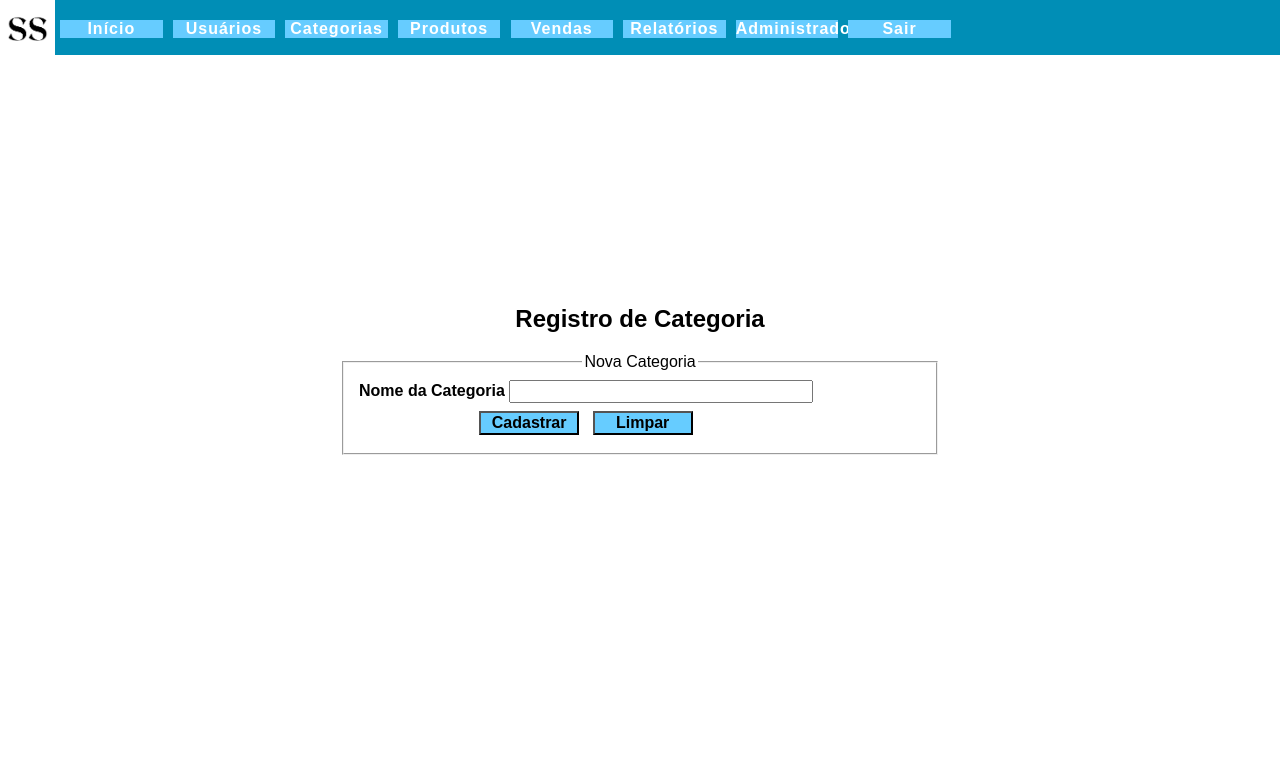
Repository: FaculdadeSenaiJoinville/PiMichelBaade
Page: ProjetoIndividual/WebContent/pages/admin/adminCategorias.html
These files come from the project's save history. The page is drawn as it stood at one moment and after the next save; the edit follows.
The browser window is 1280 px wide. The pictures show the whole page.

Above is the page before, as saved 2021-08-18 00:42:42.

After the next save:
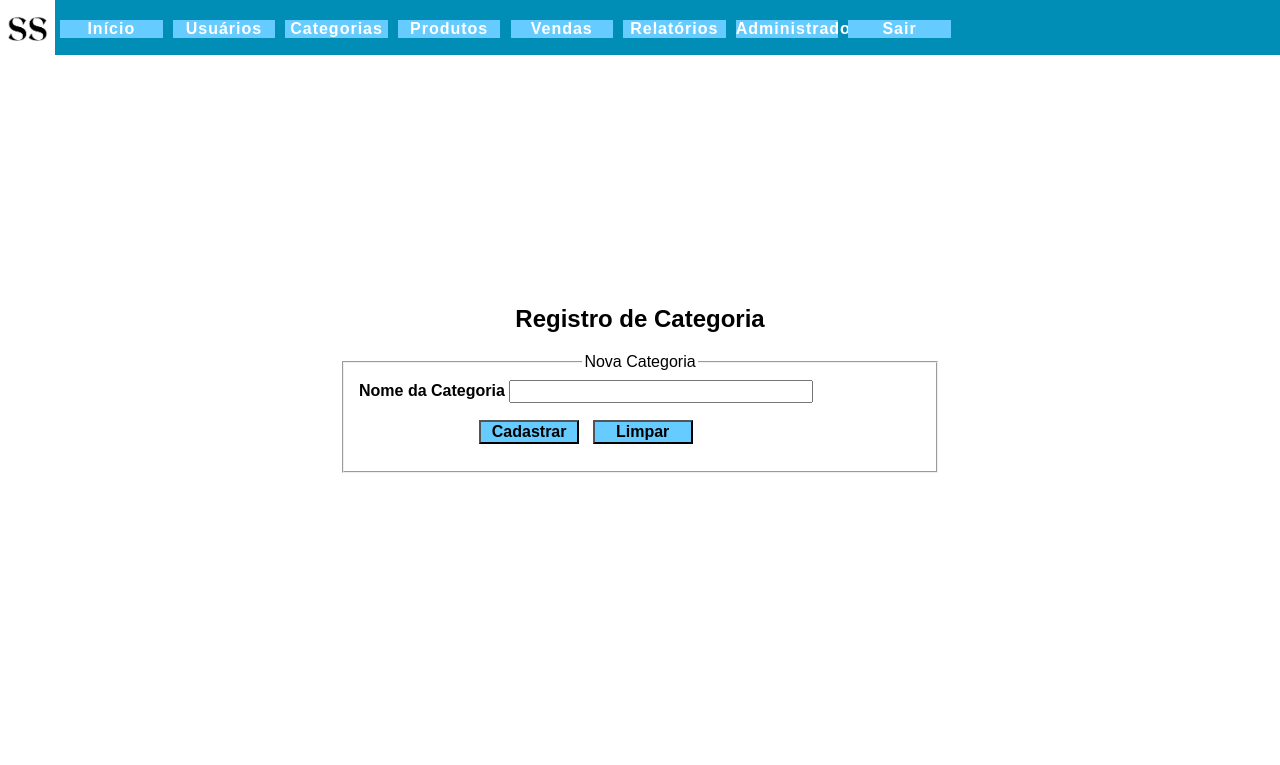
Saved 7 s later.
--- a/ProjetoIndividual/WebContent/css/admin.css
+++ b/ProjetoIndividual/WebContent/css/admin.css
@@ -103,7 +103,7 @@
 
 .frmInserir button{
 	width: 100px;
-	margin: 1% 1%;
+	margin: 3% 1%;
 	background-color: #66ccff;
 	font-weight: bold;
 	font-size: 16px;

After the save that followed:
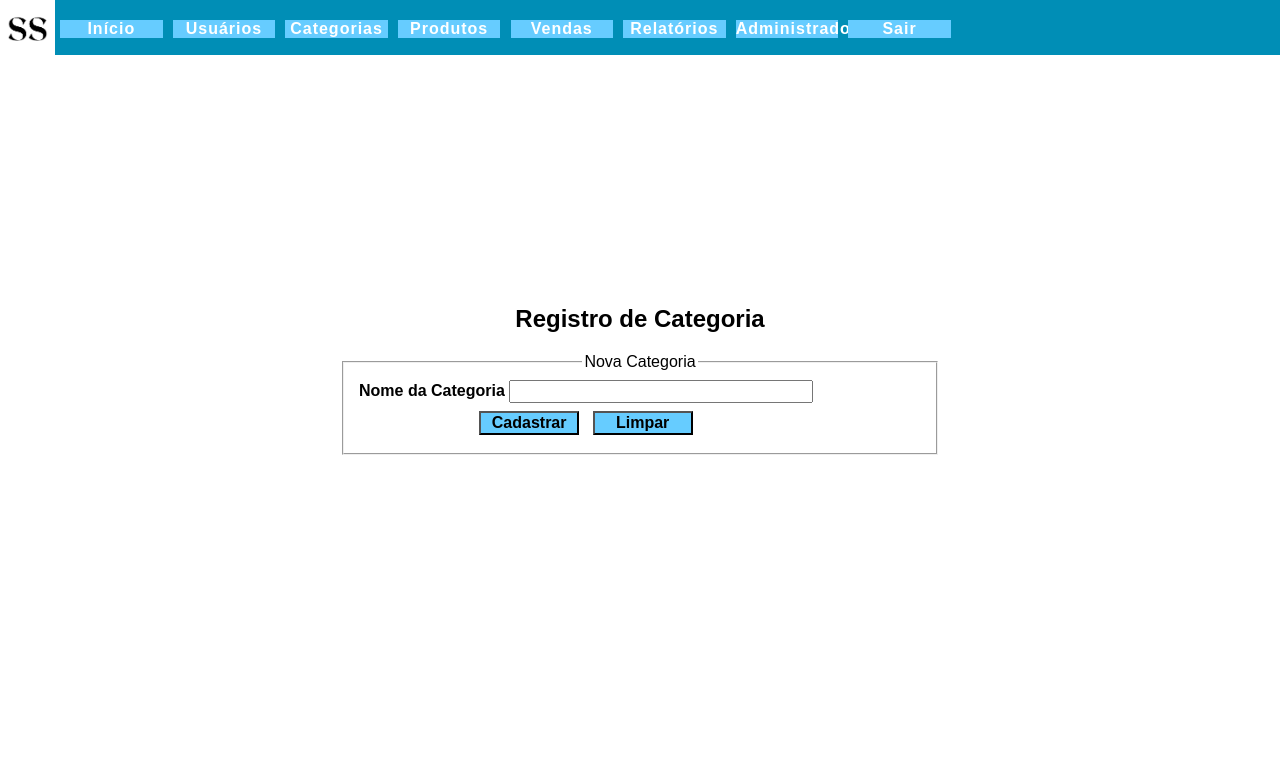
Saved 9 s later.
--- a/ProjetoIndividual/WebContent/css/admin.css
+++ b/ProjetoIndividual/WebContent/css/admin.css
@@ -103,7 +103,7 @@
 
 .frmInserir button{
 	width: 100px;
-	margin: 3% 1%;
+	margin: 1% 1%;
 	background-color: #66ccff;
 	font-weight: bold;
 	font-size: 16px;
